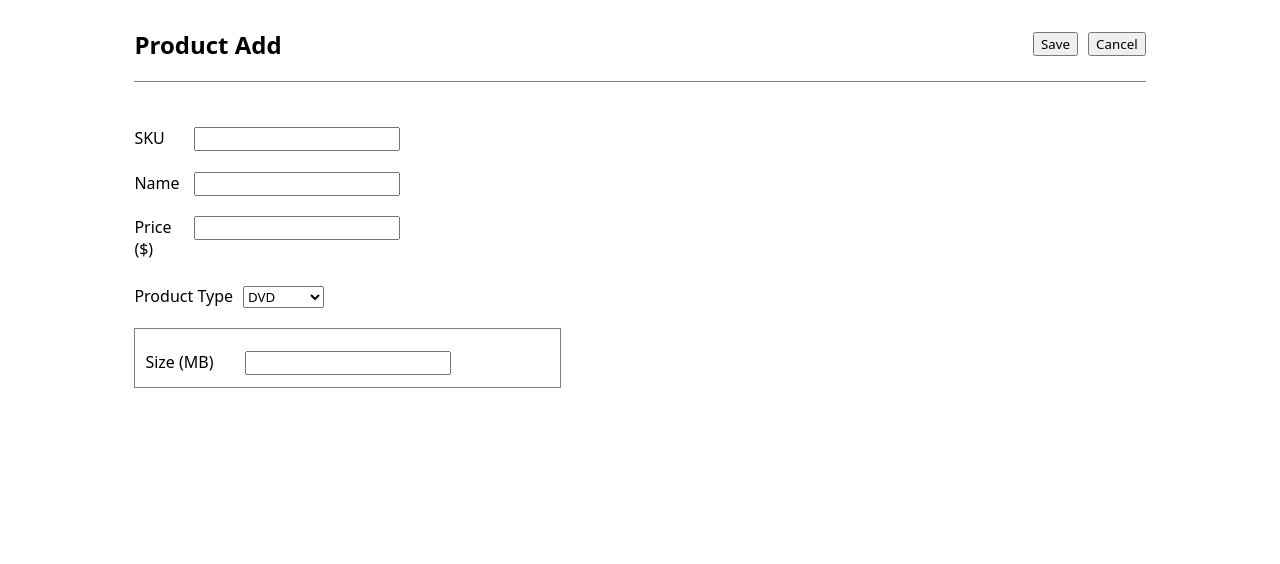
Repository: gabyto19/scandiweb
Page: http://localhost/addPage.php
These files come from the project's save history. The page is drawn as it stood at one moment and after the next save; the edit follows.
The browser window is 1280 px wide. The pictures show the whole page.
Some web libraries are served in a nearby version. The page is run by PHP 8.4 with error messages shown; the project is at /var/www/html/.

Above is the page before, as saved 2023-03-10 02:50:08.

After the next save:
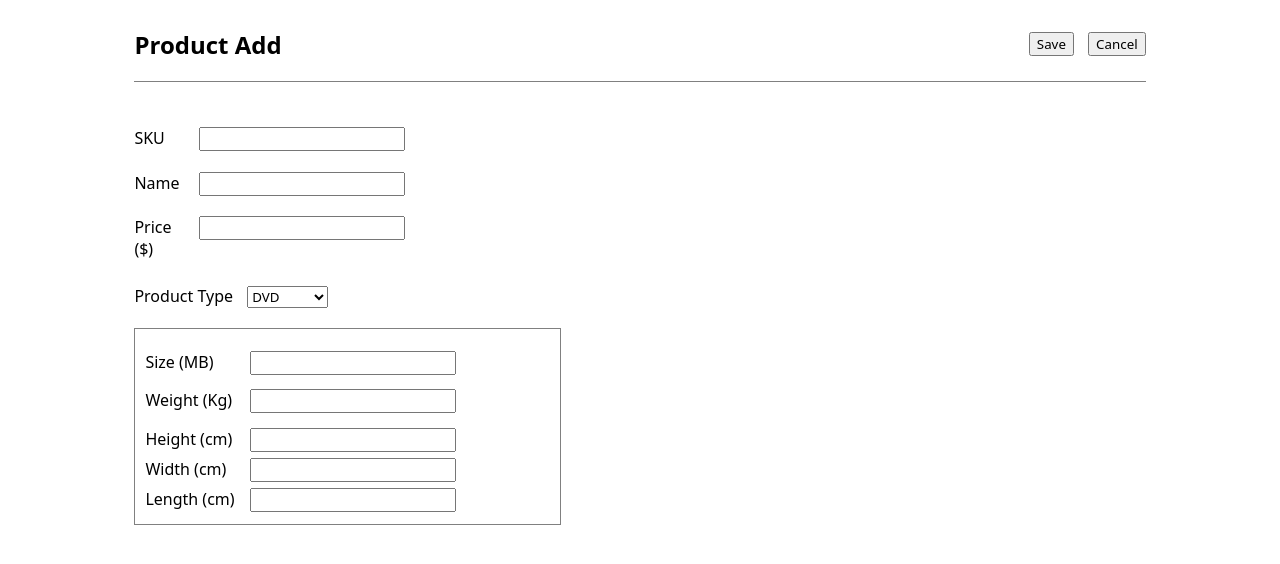
Console error: SyntaxError: missing ) after argument list
Saved 2 min 19 s later.
--- a/addPage.js
+++ b/addPage.js
@@ -30,7 +30,7 @@
       axios
         .post("insert-product.php", formData)
         .then((response) => {
-          console.log(response.data);
+          console.log("this:"response.data);
           alert("Product added successfully!");
         })
         .catch((error) => {

After the save that followed:
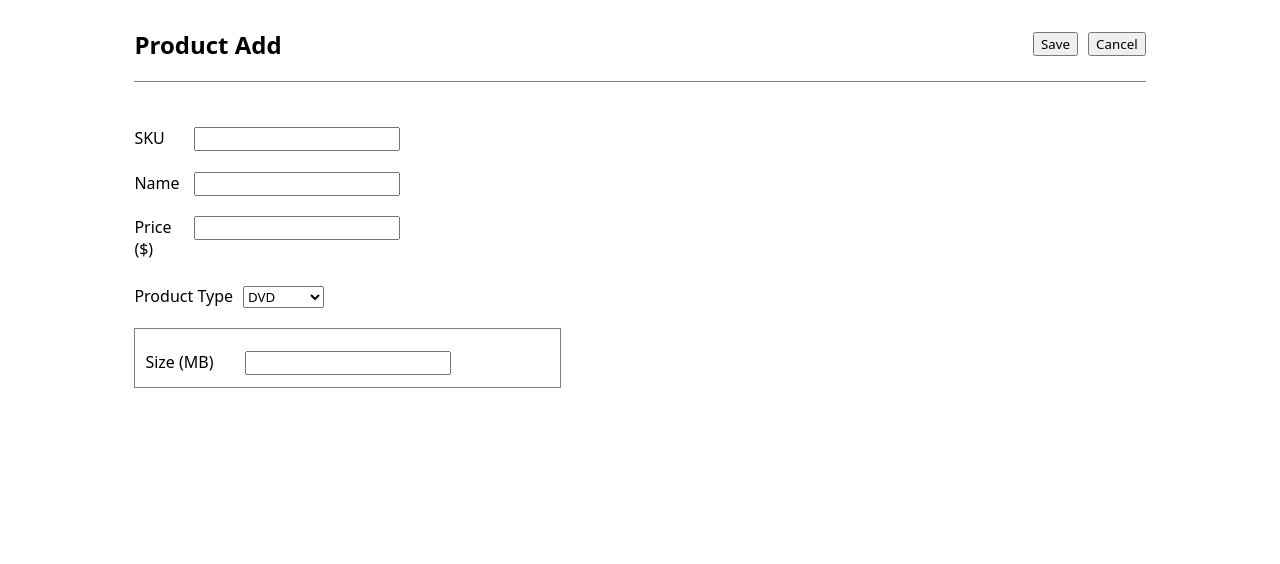
The error is gone.
Saved 17 s later.
--- a/addPage.js
+++ b/addPage.js
@@ -30,7 +30,7 @@
       axios
         .post("insert-product.php", formData)
         .then((response) => {
-          console.log("this:"response.data);
+          console.log("this:"+response.data);
           alert("Product added successfully!");
         })
         .catch((error) => {
